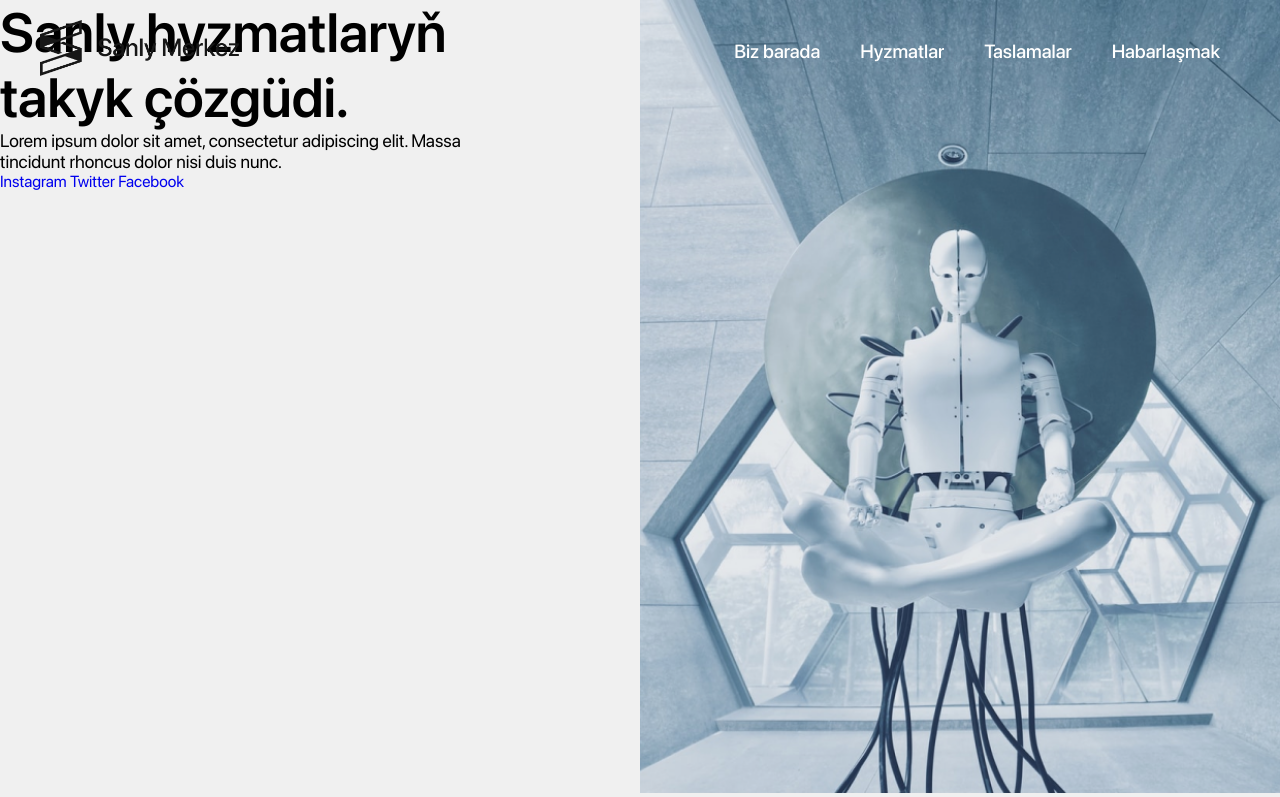
Repository: Meylis7/Sanly-Merkez-Web
Page: main.html
These files come from the project's save history. The page is drawn as it stood at one moment and after the next save; the edit follows.
The browser window is 1280 px wide. The pictures show the whole page.

Above is the page before, as saved 2022-04-25 19:01:17.

### main.html
<!DOCTYPE html>
<html lang="en" dir="ltr">
  <head>
    <meta charset="utf-8">
    <meta name="viewport" content="width=device-width, initial-scale=1.0">
    <title>Sanly merkez</title>
    <link rel="stylesheet" href="./css/main.css">
  </head>
  <body>
    <div class="main-container">
      <div class="header-container">
        <header>
          <a href="#" class="brand"><img src="/assets/logo.png" alt=""></a>
          <div class="menu">
            <div class="btn">
                <svg class="close-btn" xmlns="http://www.w3.org/2000/svg" aria-hidden="true" role="img" width="1em" height="1em" preserveAspectRatio="xMidYMid meet" viewBox="0 0 20 20"><path fill="currentColor" fill-rule="evenodd" d="M4.293 4.293a1 1 0 0 1 1.414 0L10 8.586l4.293-4.293a1 1 0 1 1 1.414 1.414L11.414 10l4.293 4.293a1 1 0 0 1-1.414 1.414L10 11.414l-4.293 4.293a1 1 0 0 1-1.414-1.414L8.586 10L4.293 5.707a1 1 0 0 1 0-1.414Z" clip-rule="evenodd"/></svg>
            </div>
            <a href="#">Biz barada</a>
            <a href="#">Hyzmatlar</a>
            <a href="#">Taslamalar</a>
            <a href="#">Habarlaşmak</a>
          </div>
          <div class="btn">
            <svg class="menu-btn" xmlns="http://www.w3.org/2000/svg" aria-hidden="true" role="img" width="1em" height="1em" preserveAspectRatio="xMidYMid meet" viewBox="0 0 20 20"><path fill="currentColor" fill-rule="evenodd" d="M3 5a1 1 0 0 1 1-1h12a1 1 0 1 1 0 2H4a1 1 0 0 1-1-1Zm0 5a1 1 0 0 1 1-1h12a1 1 0 1 1 0 2H4a1 1 0 0 1-1-1Zm6 5a1 1 0 0 1 1-1h6a1 1 0 1 1 0 2h-6a1 1 0 0 1-1-1Z" clip-rule="evenodd"/></svg>
          </div>
        </header>
      </div>

      <div class="home-section">
        <div class="home-container">
          <div class="home-left-content">
            <div class="home-slogan">
              <p class="slogan">Sanly hyzmatlaryň <br>
                takyk çözgüdi.</p>
                <p class="slogan-text">Lorem ipsum dolor sit amet, consectetur adipiscing elit. Massa <br> tincidunt rhoncus dolor nisi duis nunc.</p>
            </div>
            <div class="home-social-links">
              <a href="#">Instagram</a>
              <a href="#">Twitter</a>
              <a href="#">Facebook</a>
            </div>
          </div>
          <div class="home-right-content">
            <img src="./assets/mainphoto.png" alt="">
          </div>
        </div>
      </div>

    </div>



    <script type="text/javascript">
    //javascript for navigation bar effect on scroll
    window.addEventListener("scroll", function(){
      var header = document.querySelector("header");
      header.classList.toggle('sticky', window.scrollY > 0);
    });

    //javascript for responsive navigation sidebar menu
    var menu = document.querySelector('.menu');
    var menuBtn = document.querySelector('.menu-btn');
    var closeBtn = document.querySelector('.close-btn');

    menuBtn.addEventListener("click", () => {
      menu.classList.add('active');
    });

    closeBtn.addEventListener("click", () => {
      menu.classList.remove('active');
    });
    </script>

  </body>
</html>

### css/main.css

@font-face {
  font-family: 'SF Pro Display';
  src: url('../SFProDisplay-Medium.eot');
  src: local('../SF Pro Display Medium'), local('SFProDisplay-Medium'),
      url('../SFProDisplay-Medium.eot?#iefix') format('embedded-opentype'),
      url('../SFProDisplay-Medium.woff2') format('woff2'),
      url('../SFProDisplay-Medium.woff') format('woff'),
      url('../SFProDisplay-Medium.ttf') format('truetype');
  font-weight: 500;
  font-style: normal;
}

@font-face {
  font-family: 'SF Pro Display';
  src: url('../SFProDisplay-Heavy.eot');
  src: local('../SF Pro Display Heavy'), local('SFProDisplay-Heavy'),
      url('../SFProDisplay-Heavy.eot?#iefix') format('embedded-opentype'),
      url('../SFProDisplay-Heavy.woff2') format('woff2'),
      url('../SFProDisplay-Heavy.woff') format('woff'),
      url('../SFProDisplay-Heavy.ttf') format('truetype');
  font-weight: 900;
  font-style: normal;
}

@font-face {
  font-family: 'SF Pro Display';
  src: url('../SFProDisplay-UltralightItalic.eot');
  src: local('../SF Pro Display UltralightItalic'), local('SFProDisplay-UltralightItalic'),
      url('../SFProDisplay-UltralightItalic.eot?#iefix') format('embedded-opentype'),
      url('../SFProDisplay-UltralightItalic.woff2') format('woff2'),
      url('../SFProDisplay-UltralightItalic.woff') format('woff'),
      url('../SFProDisplay-UltralightItalic.ttf') format('truetype');
  font-weight: 200;
  font-style: italic;
}

@font-face {
  font-family: 'SF Pro Display';
  src: url('../SFProDisplay-RegularItalic.eot');
  src: local('../SF Pro Display Regular Italic'), local('SFProDisplay-RegularItalic'),
      url('../SFProDisplay-RegularItalic.eot?#iefix') format('embedded-opentype'),
      url('vSFProDisplay-RegularItalic.woff2') format('woff2'),
      url('../SFProDisplay-RegularItalic.woff') format('woff'),
      url('../SFProDisplay-RegularItalic.ttf') format('truetype');
  font-weight: normal;
  font-style: italic;
}

@font-face {
  font-family: 'SF Pro Display';
  src: url('../SFProDisplay-Thin.eot');
  src: local('../SF Pro Display Thin'), local('SFProDisplay-Thin'),
      url('../SFProDisplay-Thin.eot?#iefix') format('embedded-opentype'),
      url('../SFProDisplay-Thin.woff2') format('woff2'),
      url('../SFProDisplay-Thin.woff') format('woff'),
      url('../SFProDisplay-Thin.ttf') format('truetype');
  font-weight: 100;
  font-style: normal;
}

@font-face {
  font-family: 'SF Pro Display';
  src: url('../SFProDisplay-Light.eot');
  src: local('../SF Pro Display Light'), local('SFProDisplay-Light'),
      url('../SFProDisplay-Light.eot?#iefix') format('embedded-opentype'),
      url('../SFProDisplay-Light.woff2') format('woff2'),
      url('../SFProDisplay-Light.woff') format('woff'),
      url('../SFProDisplay-Light.ttf') format('truetype');
  font-weight: 200;
  font-style: normal;
}

@font-face {
  font-family: 'SF Pro Display';
  src: url('../SFProDisplay-BlackItalic.eot');
  src: local('../SF Pro Display Black Italic'), local('SFProDisplay-BlackItalic'),
      url('../SFProDisplay-BlackItalic.eot?#iefix') format('embedded-opentype'),
      url('../SFProDisplay-BlackItalic.woff2') format('woff2'),
      url('../SFProDisplay-BlackItalic.woff') format('woff'),
      url('../SFProDisplay-BlackItalic.ttf') format('truetype');
  font-weight: 900;
  font-style: italic;
}

@font-face {
  font-family: 'SF Pro Display';
  src: url('../SFProDisplay-Bold.eot');
  src: local('../SF Pro Display Bold'), local('SFProDisplay-Bold'),
      url('../SFProDisplay-Bold.eot?#iefix') format('embedded-opentype'),
      url('../SFProDisplay-Bold.woff2') format('woff2'),
      url('../SFProDisplay-Bold.woff') format('woff'),
      url('../SFProDisplay-Bold.ttf') format('truetype');
  font-weight: bold;
  font-style: normal;
}

@font-face {
  font-family: 'SF Pro Display';
  src: url('../SFProDisplay-Black.eot');
  src: local('../SF Pro Display Black'), local('SFProDisplay-Black'),
      url('../SFProDisplay-Black.eot?#iefix') format('embedded-opentype'),
      url('../SFProDisplay-Black.woff2') format('woff2'),
      url('../SFProDisplay-Black.woff') format('woff'),
      url('../SFProDisplay-Black.ttf') format('truetype');
  font-weight: 900;
  font-style: normal;
}

@font-face {
  font-family: 'SF Pro Display';
  src: url('../SFProDisplay-SemiboldItalic.eot');
  src: local('../SF Pro Display SemiboldItalic'), local('SFProDisplay-SemiboldItalic'),
      url('../SFProDisplay-SemiboldItalic.eot?#iefix') format('embedded-opentype'),
      url('../SFProDisplay-SemiboldItalic.woff2') format('woff2'),
      url('../SFProDisplay-SemiboldItalic.woff') format('woff'),
      url('../SFProDisplay-SemiboldItalic.ttf') format('truetype');
  font-weight: 600;
  font-style: italic;
}

@font-face {
  font-family: 'SF Pro Display';
  src: url('../SFProDisplay-Ultralight.eot');
  src: local('../SF Pro Display Ultralight'), local('SFProDisplay-Ultralight'),
      url('../SFProDisplay-Ultralight.eot?#iefix') format('embedded-opentype'),
      url('../SFProDisplay-Ultralight.woff2') format('woff2'),
      url('../SFProDisplay-Ultralight.woff') format('woff'),
      url('../SFProDisplay-Ultralight.ttf') format('truetype');
  font-weight: 200;
  font-style: normal;
}

@font-face {
  font-family: 'SF Pro Display';
  src: url('../SFProDisplay-LightItalic.eot');
  src: local('../SF Pro Display LightItalic'), local('SFProDisplay-LightItalic'),
      url('../SFProDisplay-LightItalic.eot?#iefix') format('embedded-opentype'),
      url('../SFProDisplay-LightItalic.woff2') format('woff2'),
      url('../SFProDisplay-LightItalic.woff') format('woff'),
      url('../SFProDisplay-LightItalic.ttf') format('truetype');
  font-weight: 200;
  font-style: italic;
}

@font-face {
  font-family: 'SF Pro Display';
  src: url('../SFProDisplay-ThinItalic.eot');
  src: local('../SF Pro Display ThinItalic'), local('SFProDisplay-ThinItalic'),
      url('../SFProDisplay-ThinItalic.eot?#iefix') format('embedded-opentype'),
      url('../SFProDisplay-ThinItalic.woff2') format('woff2'),
      url('../SFProDisplay-ThinItalic.woff') format('woff'),
      url('../SFProDisplay-ThinItalic.ttf') format('truetype');
  font-weight: 100;
  font-style: italic;
}

@font-face {
  font-family: 'SF Pro Display';
  src: url('../SFProDisplay-MediumItalic.eot');
  src: local('../SF Pro Display MediumItalic'), local('SFProDisplay-MediumItalic'),
      url('../SFProDisplay-MediumItalic.eot?#iefix') format('embedded-opentype'),
      url('../SFProDisplay-MediumItalic.woff2') format('woff2'),
      url('../SFProDisplay-MediumItalic.woff') format('woff'),
      url('../SFProDisplay-MediumItalic.ttf') format('truetype');
  font-weight: 500;
  font-style: italic;
}

@font-face {
  font-family: 'SF Pro Display';
  src: url('../SFProDisplay-Semibold.eot');
  src: local('SF Pro Display Semibold'), local('SFProDisplay-Semibold'),
      url('../SFProDisplay-Semibold.eot?#iefix') format('embedded-opentype'),
      url('../SFProDisplay-Semibold.woff2') format('woff2'),
      url('../SFProDisplay-Semibold.woff') format('woff'),
      url('../SFProDisplay-Semibold.ttf') format('truetype');
  font-weight: 600;
  font-style: normal;
}

@font-face {
  font-family: 'SF Pro Display';
  src: url('../SFProDisplay-HeavyItalic.eot');
  src: local('../SF Pro Display HeavyItalic'), local('SFProDisplay-HeavyItalic'),
      url('../SFProDisplay-HeavyItalic.eot?#iefix') format('embedded-opentype'),
      url('../SFProDisplay-HeavyItalic.woff2') format('woff2'),
      url('../SFProDisplay-HeavyItalic.woff') format('woff'),
      url('../SFProDisplay-HeavyItalic.ttf') format('truetype');
  font-weight: 900;
  font-style: italic;
}

@font-face {
  font-family: 'SF Pro Display';
  src: url('../SFProDisplay-Regular.eot');
  src: local('../SF Pro Display Regular'), local('SFProDisplay-Regular'),
      url('../SFProDisplay-Regular.eot?#iefix') format('embedded-opentype'),
      url('../SFProDisplay-Regular.woff2') format('woff2'),
      url('../SFProDisplay-Regular.woff') format('woff'),
      url('../SFProDisplay-Regular.ttf') format('truetype');
  font-weight: normal;
  font-style: normal;
}

@font-face {
  font-family: 'SF Pro Display';
  src: url('../SFProDisplay-BoldItalic.eot');
  src: local('../SF Pro Display BoldItalic'), local('SFProDisplay-BoldItalic'),
      url('../SFProDisplay-BoldItalic.eot?#iefix') format('embedded-opentype'),
      url('../SFProDisplay-BoldItalic.woff2') format('woff2'),
      url('../SFProDisplay-BoldItalic.woff') format('woff'),
      url('../SFProDisplay-BoldItalic.ttf') format('truetype');
  font-weight: bold;
  font-style: italic;
}


*{
  margin: 0;
  padding: 0;
  box-sizing: border-box;
  font-family: "SF Pro Display";

}
a{
  text-decoration: none;
}

body{
  min-height: 100vh;
  background: #F0F0F0;
}
header{
  z-index: 999;
  position: fixed;
  top: 0;
  left: 0;
  width: 100%;
  display: flex;
  justify-content: space-between;
  align-items: center;
  padding: 20px 40px;
  transition: 0.6s;
  transform: translate(calc(50vw - 50%));
}

header.sticky{
  background: #ffffff;
  padding: 15px 100px;
  color: aqua;
}

header .brand{
  color: #fff;
  font-size: 30px;
  font-weight: 700;
  text-transform: uppercase;
  text-decoration: none;
  letter-spacing: 2px;
}

header .menu{
  position: relative;
  display: flex;
  justify-content: center;
  align-items: center;
}

header .menu a{
  color: rgb(255, 255, 255);
  font-size: 19px;
  font-weight: 500;
  text-decoration: none;
  padding: 7px 10px;
  margin: 0 10px;
  padding: 0 10px;
  border-radius: 20px;
  transition: 0.3s;
  transition-property: color, background;
}

header .menu a:hover{
  color: #000;
  background: #fff;
}

header .btn{
  color: rgb(94, 0, 0);
  font-size: 25px;
  cursor: pointer;
  display: none;
}
/* .main-container{
    max-width: 1240px;
    height: 100%;
    margin: 0 auto;
} */
.brand{
  width: 200px;
}
.brand img{
  width: 100%;
}
.home-container{
  display: flex;
  width: 100%;
}
.home-left-content,.home-right-content{
  flex: 1;
}
.home-right-content img{
  width: 100%;
}
.slogan{
  font-size: 55px;
  font-family: "SF Pro Display";
  font-weight: 600;
}
.slogan-text{
  font-size: 18px;
  font-family: "SF Pro Display";
}

@media (max-width: 1060px){
  header .btn{
    display: block;
  }

  header .menu{
    position: fixed;
    background: #ffffff;
    flex-direction: column;
    min-width: 400px;
    height: 100vh;
    top: 0;
    right: -100%;
    padding: 80px 50px;
    transition: 0.5s;
    transition-property: right;
  }

  header .menu.active{
    right: 0;
  }

  header .menu .close-btn{
    position: absolute;
    top: 0;
    left: 0;
    margin: 25px;
  }

  header .menu a{
    display: block;
    font-size: 20px;
    margin: 20px;
    padding: 0 15px;
  }
}

After the next save:
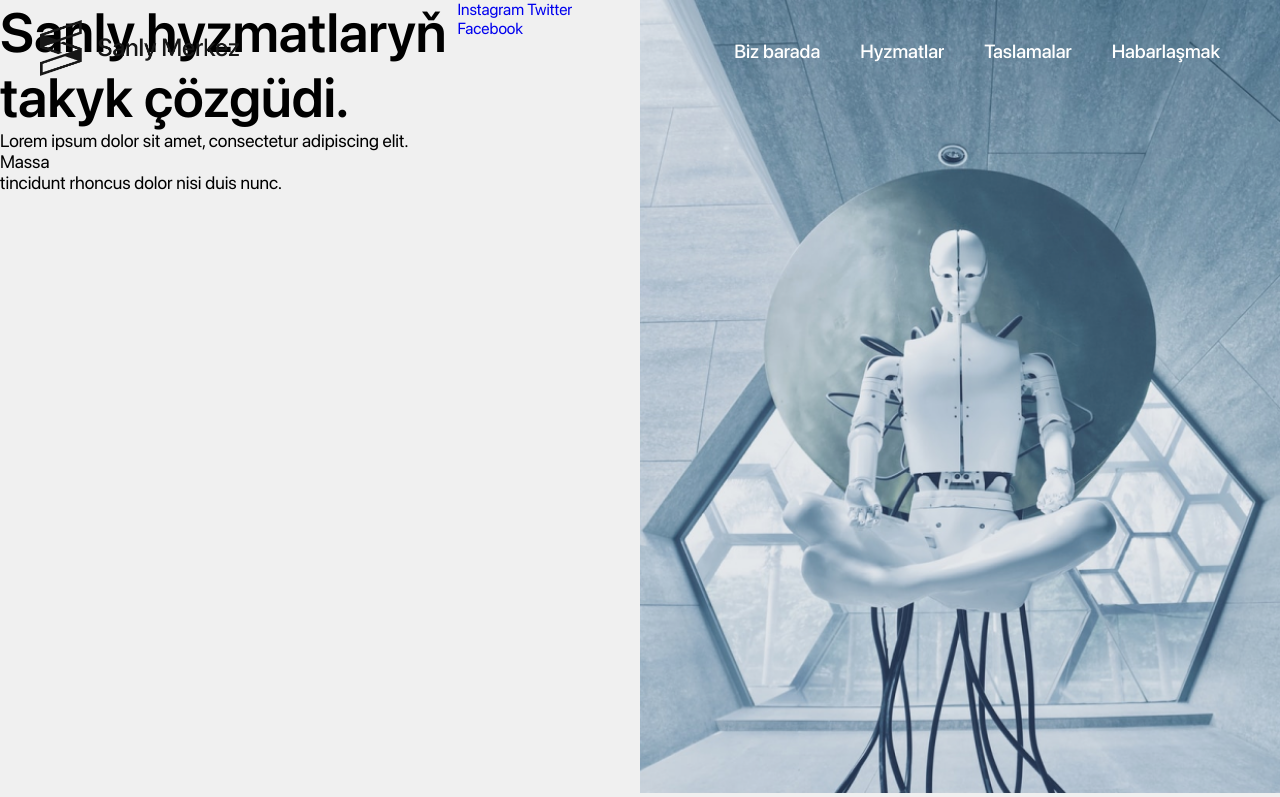
Saved 23 h 45 min later.
--- a/css/main.css
+++ b/css/main.css
@@ -309,6 +309,9 @@
 .home-left-content,.home-right-content{
   flex: 1;
 }
+.home-left-content{
+  display: flex;
+}
 .home-right-content img{
   width: 100%;
 }

After the save that followed:
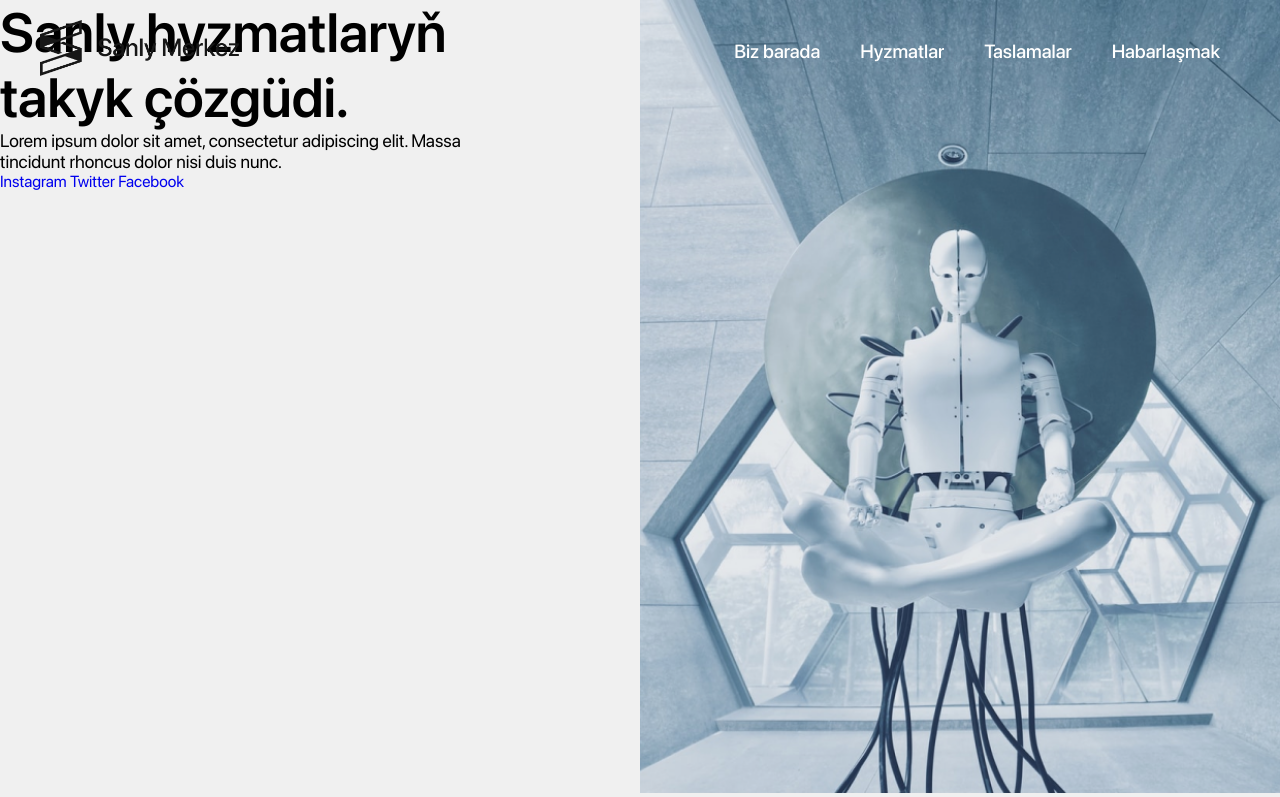
Saved 6 s later.
--- a/css/main.css
+++ b/css/main.css
@@ -311,6 +311,7 @@
 }
 .home-left-content{
   display: flex;
+  flex-direction: column;
 }
 .home-right-content img{
   width: 100%;
